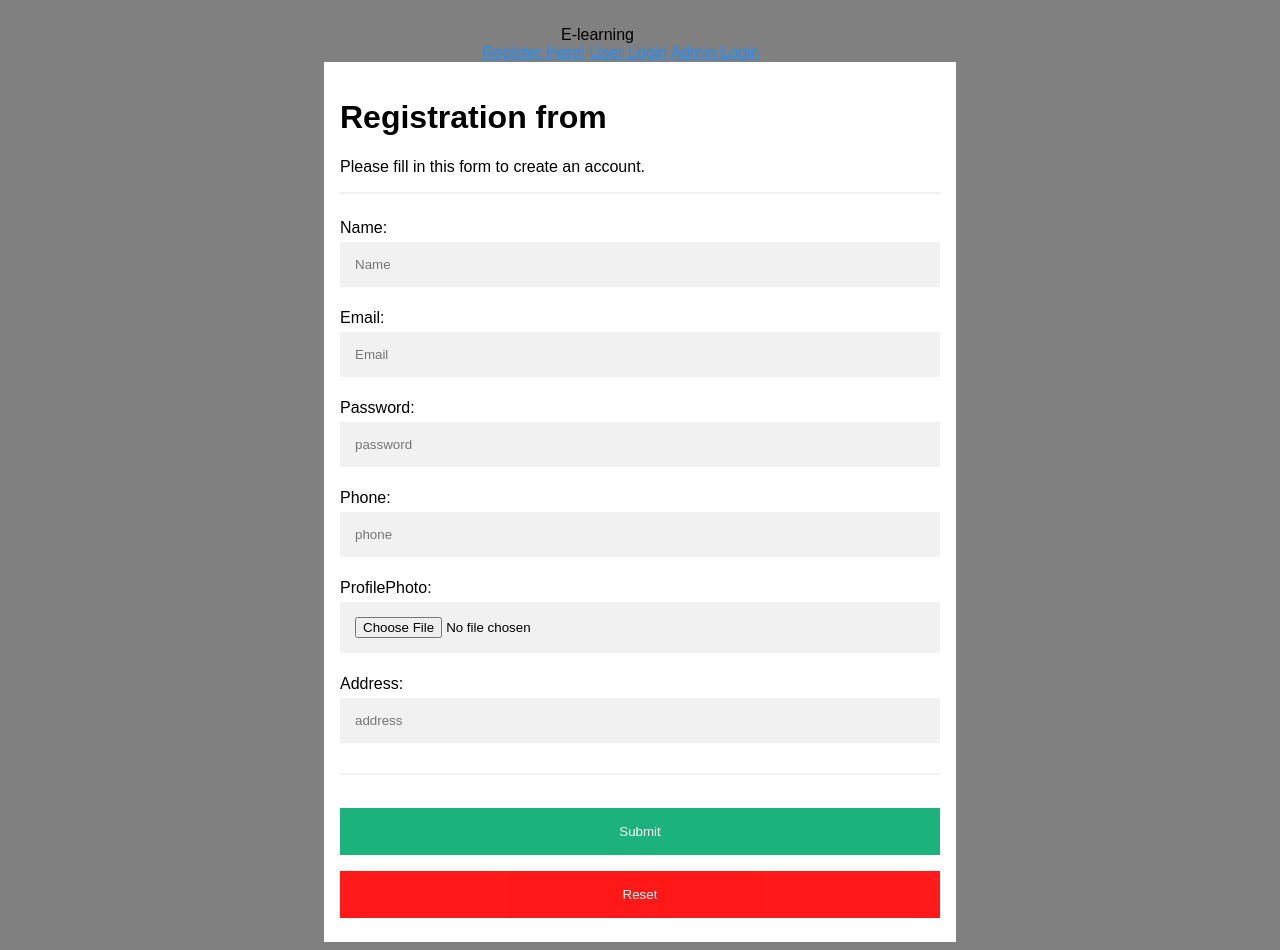
Repository: hemanthchallacs/learning_spring_boot
Page: http://localhost/RegistrationForm
An editor plug-in stored every save of this project. The page is shown before and after the next save, followed by the edit.
The browser window is 1280 px wide. The pictures show the whole page.
The page is this project's Thymeleaf template; nobody is signed in. The template is opened directly, without the code that normally fills it, so the values that code supplies are empty.

Above is the page before, as saved 2021-07-12 18:19:25.

### ver1_elearning/src/main/resources/templates/RegistrationForm.html
<!DOCTYPE html>
<html xmlns:th ="http://www.thymeleaf.org">
<head>
<meta charset="ISO-8859-1">
<title>Registration from</title>
<style>
div {

  height: 50%;
  width: 50%;



	margin: auto;
}
body {
  font-family: Arial, Helvetica, sans-serif;
  background-color: gray;
}

* {
  box-sizing: border-box;
}

/* Add padding to containers */
.container {
  padding: 16px;
  background-color: white;
}

/* Full-width input fields */
input[type=file], input[type=password] {
  width: 100%;
  padding: 15px;
  margin: 5px 0 22px 0;
  display: inline-block;
  border: none;
  background: #f1f1f1;
}


input[type=text], input[type=password] {
  width: 100%;
  padding: 15px;
  margin: 5px 0 22px 0;
  display: inline-block;
  border: none;
  background: #f1f1f1;
}

input[type=text]:focus, input[type=password]:focus {
  background-color: #ddd;
  outline: none;
}

/* Overwrite default styles of hr */
hr {
  border: 1px solid #f1f1f1;
  margin-bottom: 25px;
}

/* Set a style for the submit button */
.registerbtn {
  background-color: #04AA6D;
  color: white;
  padding: 16px 20px;
  margin: 8px 0;
  border: none;
  cursor: pointer;
  width: 100%;
  opacity: 0.9;
}

.resetbtn {
  background-color: red;
  color: white;
  padding: 16px 20px;
  margin: 8px 0;
  border: none;
  cursor: pointer;
  width: 100%;
  opacity: 0.9;
}
.registerbtn:hover {
  opacity: 1;
}

/* Add a blue text color to links */
a {
  color: dodgerblue;
}

/* Set a grey background color and center the text of the "sign in" section */
.signin {
  background-color: #f1f1f1;
  text-align: center;
}
</style>
</head>
<body>

<br>

<div class="nav">

  <div class="nav-header">
    <div class="nav-title">
      E-learning
    </div>
  </div>
  <div class="nav-btn">
    <label for="nav-check">
      <span></span>
      <span></span>
      <span></span>
    </label>
  </div>

  <div class="nav-links">
   <a th:href=@{/RegistrationForm}>Register Here!</a>
	<a th:href=@{/login}>User Login</a>
	<a th:href=@{/adminlogin}>Admin Login</a>

  </div>
</div>





<form th:action=@{/registerUser}  th:object=${newuser}  method="post" enctype="multipart/form-data">
<!--  UserID:<input type="text" placeholder= "UserID" th:field=*{user_id}>-->
  <div class="container">
 <h1>Registration from</h1>
    <p>Please fill in this form to create an account.</p>
    <hr>
Name:<input type="text" placeholder= "Name" th:field=*{name}>
Email:<input type="text" placeholder= "Email" th:field=*{email}>
Password:<input type="password" placeholder= "password" th:field=*{password}>
Phone:<input type="text" placeholder= "phone" th:field=*{phone_no}>
ProfilePhoto:
<input type="file" accept="image/*"name="image">
<br>
Address:<input type="text" placeholder= "address" th:field=*{address}>
<hr>
<input  class="registerbtn" type="submit" name="Register">
<input class="resetbtn" type="reset" name= "Reset">
</div>


</form>


</body>
</html>

After the next save:
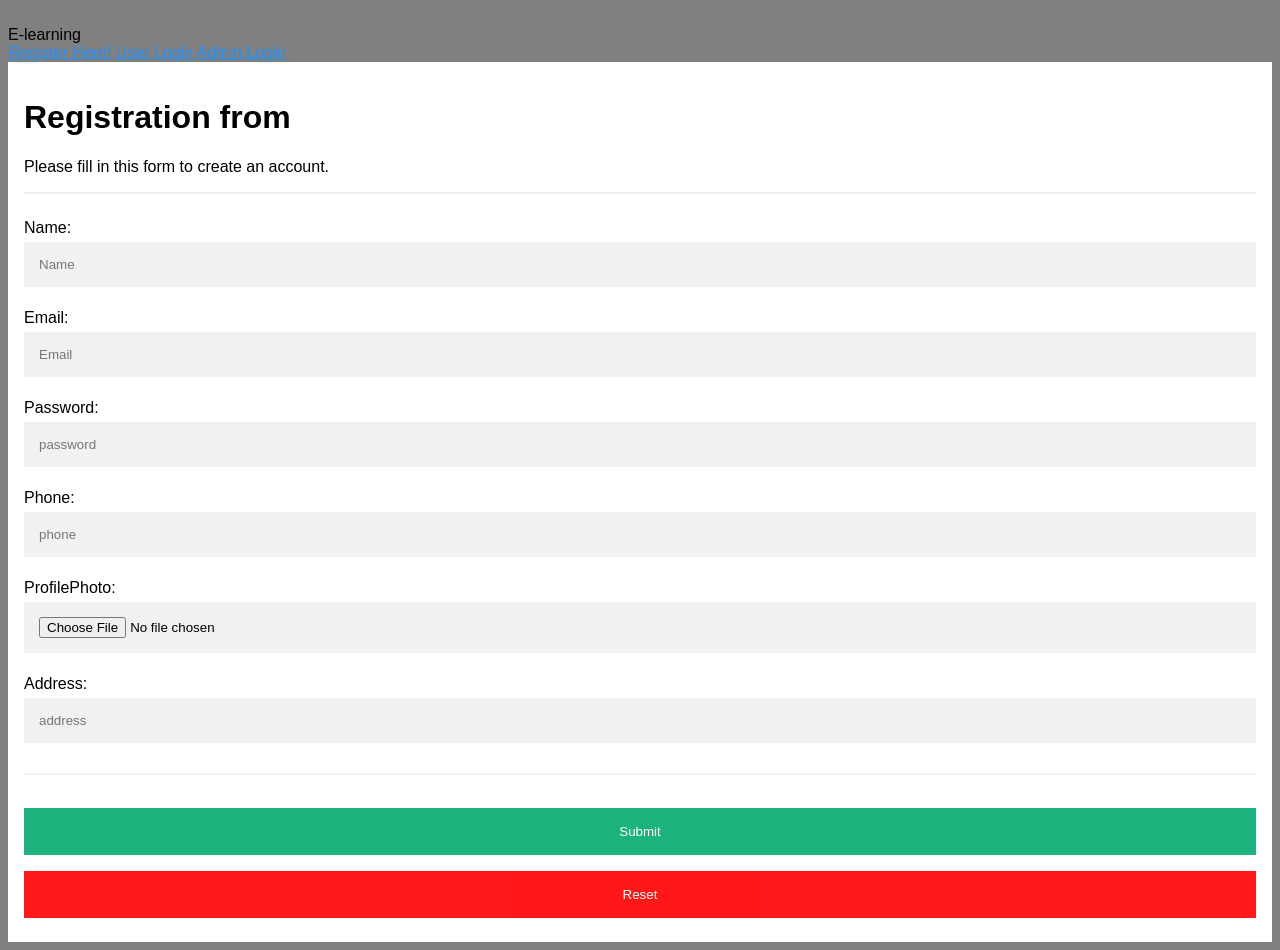
Saved 40 s later.
--- a/ver1_elearning/src/main/resources/templates/RegistrationForm.html
+++ b/ver1_elearning/src/main/resources/templates/RegistrationForm.html
@@ -4,7 +4,7 @@
 <meta charset="ISO-8859-1">
 <title>Registration from</title>
 <style>
-div {
+.class50 {
 
   height: 50%;
   width: 50%;

After the 3 saves that followed:
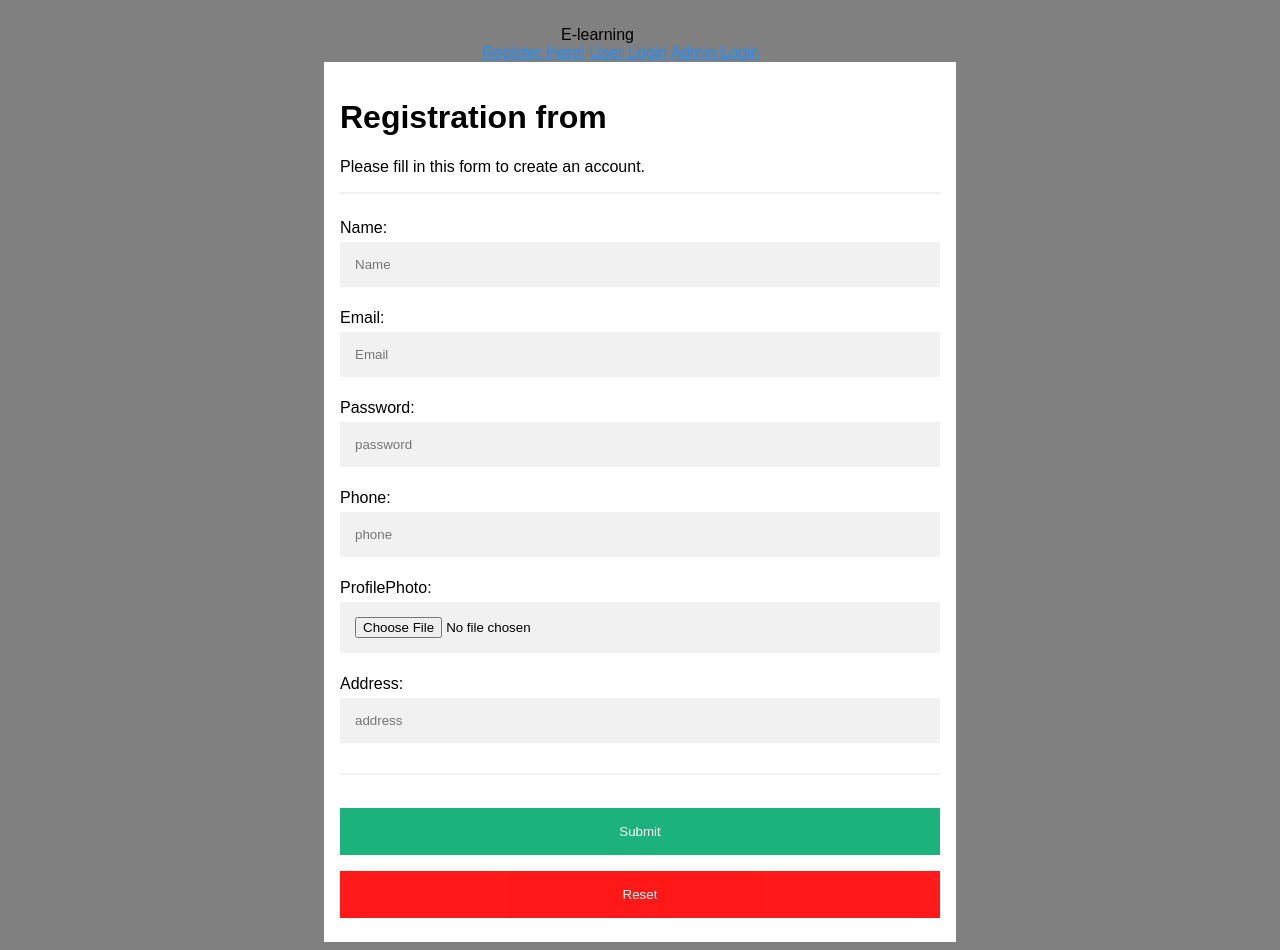
The 3 saves are shown as one change because 1 did not build or start and 1 left the picture as it was.
The last was saved 2 min 4 s later.
--- a/ver1_elearning/src/main/resources/templates/RegistrationForm.html
+++ b/ver1_elearning/src/main/resources/templates/RegistrationForm.html
@@ -4,7 +4,7 @@
 <meta charset="ISO-8859-1">
 <title>Registration from</title>
 <style>
-.class50 {
+div {
 
   height: 50%;
   width: 50%;
